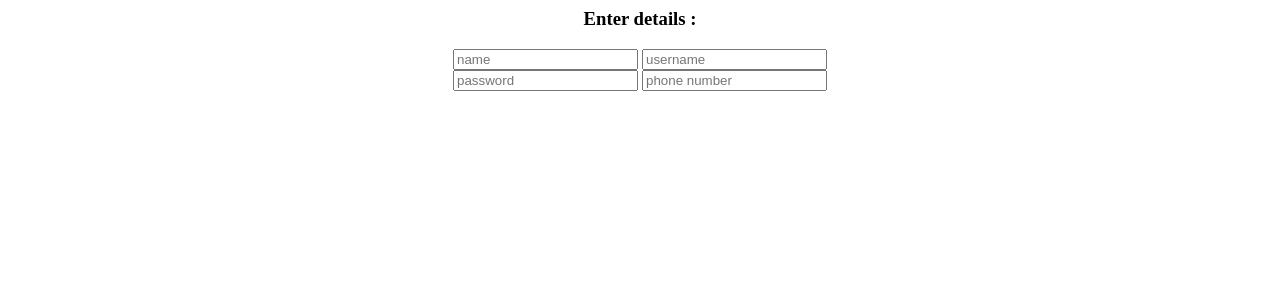
Repository: ApoorvaMishra4/Bootcamp
Page: http://localhost/Login/
The author's editor kept a copy of each file at every save. The page is drawn from the files as they stood at one save, then again after the next save.
The browser window is 1280 px wide. The pictures show the whole page.
The page is served by Tomcat 9.

Above is the page before, as saved 2018-08-09 03:54:04.

After the next save:
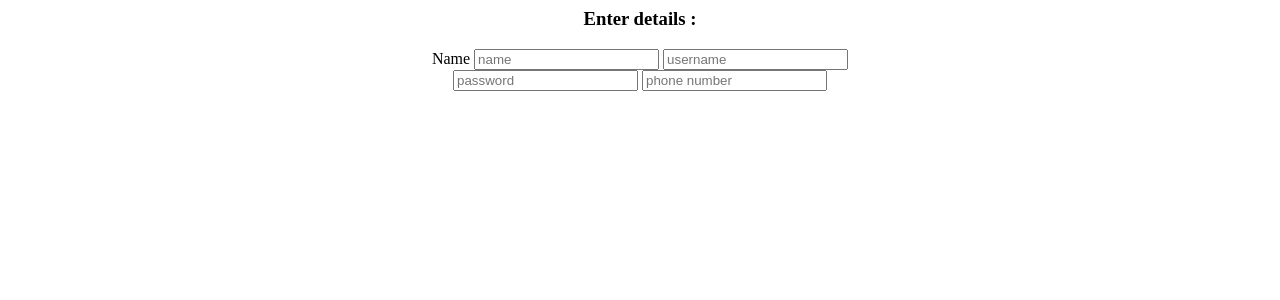
Saved 23 s later.
--- a/Login/src/main/webapp/index.jsp
+++ b/Login/src/main/webapp/index.jsp
@@ -9,6 +9,7 @@ text-align : center;
 <body>
 <form action = "#">
 <h3>Enter details :</h3>
+<label for="name">Name</label>
 <input type="text" name="name" placeholder="name">
 <input type="text" name="username"  placeholder="username">
 <br>
